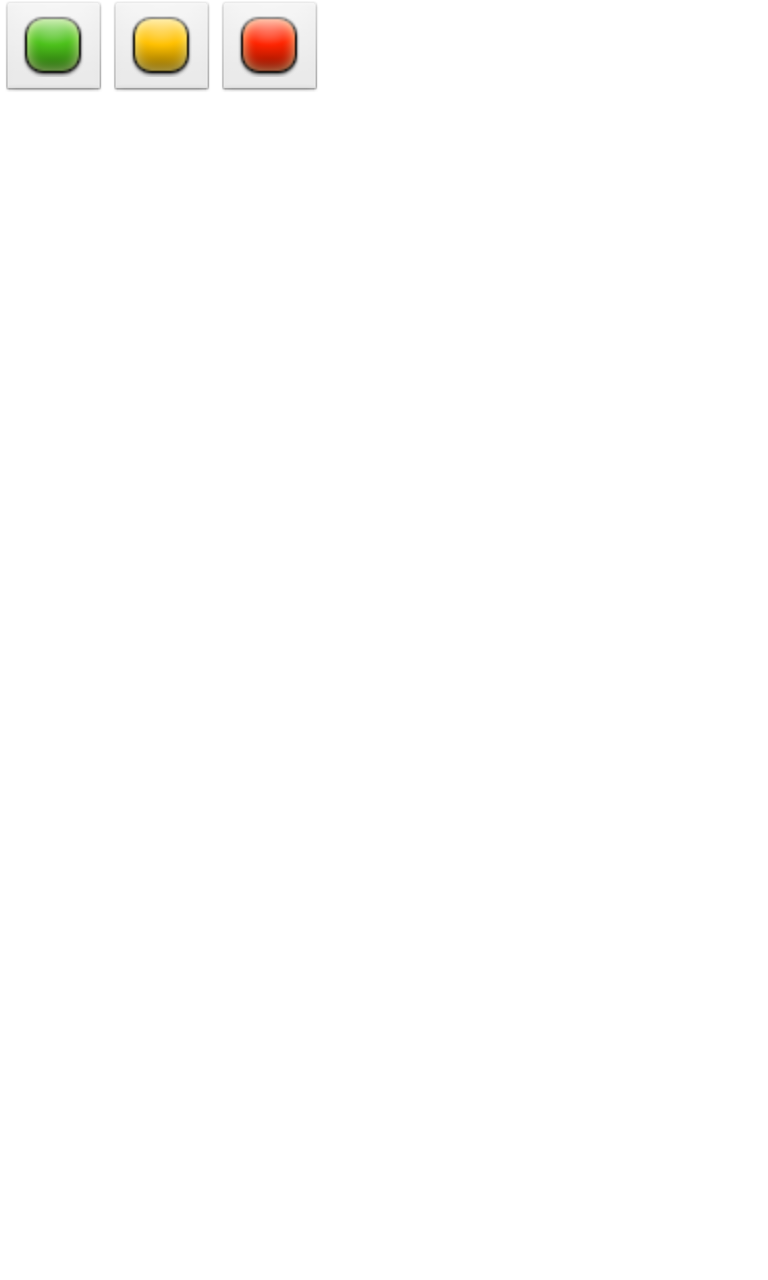
Repository: hoorncj-student/SuperSnakeOnline
Layout: SuperSnakeOnline/res/layout/color_dialog.xml
An editor plug-in stored every save of this project. The layout is shown before and after the next save, followed by the edit.
It is drawn on a 768 x 1280 px phone screen (xhdpi) without system bars, with theme AppTheme; the app's code is not run.

Above is the layout before, as saved 2013-10-27 08:13:56.

After the next save:
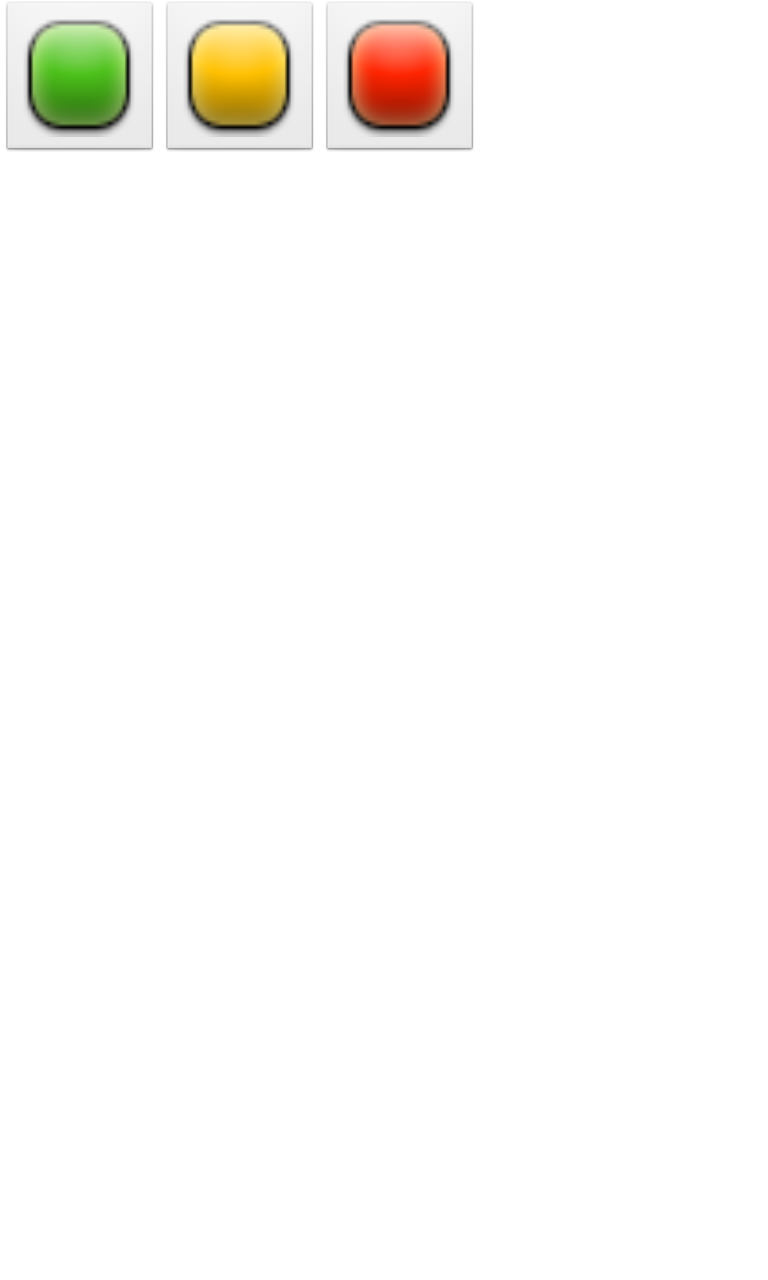
Saved 7 min 39 s later.
--- a/SuperSnakeOnline/res/layout/color_dialog.xml
+++ b/SuperSnakeOnline/res/layout/color_dialog.xml
@@ -7,20 +7,23 @@
 
     <ImageButton
         android:id="@+id/green_color_button"
-        android:layout_width="wrap_content"
-        android:layout_height="wrap_content"
+        android:layout_width="80dp"
+        android:layout_height="80dp"
+        android:scaleType="fitXY"
         android:src="@drawable/greenstar" />
 
     <ImageButton
         android:id="@+id/yellow_color_button"
-        android:layout_width="wrap_content"
-        android:layout_height="wrap_content"
+        android:layout_width="80dp"
+        android:layout_height="80dp"
+        android:scaleType="fitXY"
         android:src="@drawable/yellowstar" />
 
     <ImageButton
         android:id="@+id/red_color_button"
-        android:layout_width="wrap_content"
-        android:layout_height="wrap_content"
+        android:layout_width="80dp"
+        android:layout_height="80dp"
+        android:scaleType="fitXY"
         android:src="@drawable/redstar" />
 
 </LinearLayout>
